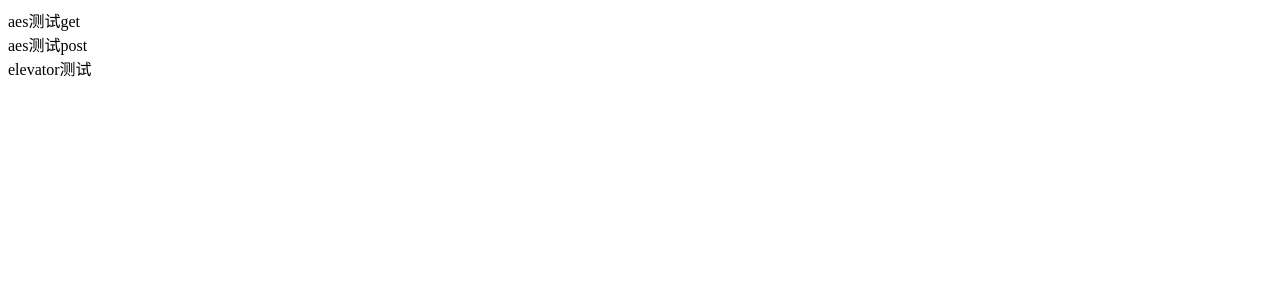
Repository: gaomin-github/my-pj6
Page: /
An editor plug-in stored every save of this project. The page is shown before and after the next save, followed by the edit.
The browser window is 1280 px wide. The pictures show the whole page.
The project was rebuilt for these pictures with package versions that can differ from the ones it lists, and the page was loaded fresh each time.

Above is the page before, as saved 2019-12-15 18:57:56.

After the next save:
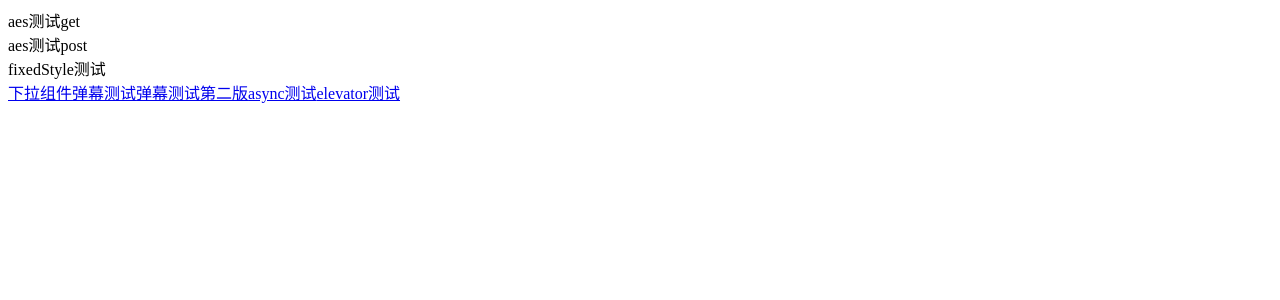
Saved 81 s later.
--- a/src/directory.vue
+++ b/src/directory.vue
@@ -1,36 +1,56 @@
 <template>
-    <section>
-        <!-- <section class="demo_title" @click="enterCon('drop-down-demo')">下拉组件</section>
+  <section>
+    <!-- <section class="demo_title" @click="enterCon('drop-down-demo')">下拉组件</section>
         <section class="demo_title" @click="enterCon('panelDemo')">面板组件</section>
         <section class="demo_title" @click="enterCon('dataDemo')">输入组件</section>
         <section class="demo_title" @click="enterCon('httpDemo')">请求组件</section>
         <section class="demo_title" @click="enterCon('toolDemo')">工具组件</section>
         <section class="demo_title" @click="enterCon('navDemo')">导航组件</section>
-        <section class="demo_title" @click="enterCon('directDemo')">指令测试</section>
-        <!--<section class="demo_title" @click="enterCon('directDemo2')">指令测试2</section>
-        <section class="demo_title" @click="enterCon('vuePluginDemo')">vue插件测试</section>
-        <section class="demo_title" @click="aesTest">aes测试</section>-->
-        <section class="demo_title" @click="enterCon('elevatorDemo')">elevator测试</section>
-        <!-- <h3>错误集合</h3>
+        <section class="demo_title" @click="enterCon('directDemo')">指令测试</section>-->
+    <!--<section class="demo_title" @click="enterCon('directDemo2')">指令测试2</section>-->
+    <!-- <section class="demo_title" @click="enterCon('vuePluginDemo')">vue插件测试</section>
+        <section class="demo_title" @click="aesTest">aes测试</section>
+        <h3>错误集合</h3>
         <section class="demo_title" @click="enterCon('errorPopDemo')">v-if和v-show测试</section>
-        <section class="demo_title" @click="enterCon('vueFor')">vue for 错误测试</section>-->
+        <section class="demo_title" @click="enterCon('vueFor')">vue for 错误测试</section>
+        <section class="demo_title" @click="enterCon('fileDemo')">文件上传测试</section>
+        <section class="demo_title" @click="enterCon('imgPickDemo')">文件上传测试</section>-->
+    <section class="demo_title" @click="enterCon('fixedStyleDemo')">
+      fixedStyle测试
     </section>
+    <!-- <section class="demo_title" @click="enterCon('cssStyleDemo')">css测试</section> -->
+    <router-link class="demo_title" :to="{ path: '/drop-down-demo' }"
+      >下拉组件</router-link
+    >
+    <router-link class="demo_title" :to="{ path: '/barrageDemo' }"
+      >弹幕测试</router-link
+    >
+    <router-link class="demo_title" :to="{ path: '/danmuDemo' }"
+      >弹幕测试第二版</router-link
+    >
+    <router-link class="demo_title" :to="{ path: '/asyncDemo' }"
+      >async测试</router-link
+    >
+    <router-link class="demo_title" :to="{ path: '/elevatorDemo' }"
+      >elevator测试</router-link
+    >
+  </section>
 </template>
-<script>
+<script lang="ts">
 import Vue from "vue";
 //    import
-export default {
-    methods: {
-        enterCon: function(param) {
-            console.log(`param:${param}`);
-            this.$router.push(param);
-        },
-        aesTest: function() {}
-    }
-};
+export default Vue.extend({
+  methods: {
+    enterCon: function(param: string) {
+      console.log(`param:${param}`);
+      this.$router.push(param);
+    },
+    aesTest: function() {}
+  }
+});
 </script>
-<style scoped>
+<style lang="scss" scoped>
 .demo_title {
-    cursor: pointer;
+  cursor: pointer;
 }
 </style>
